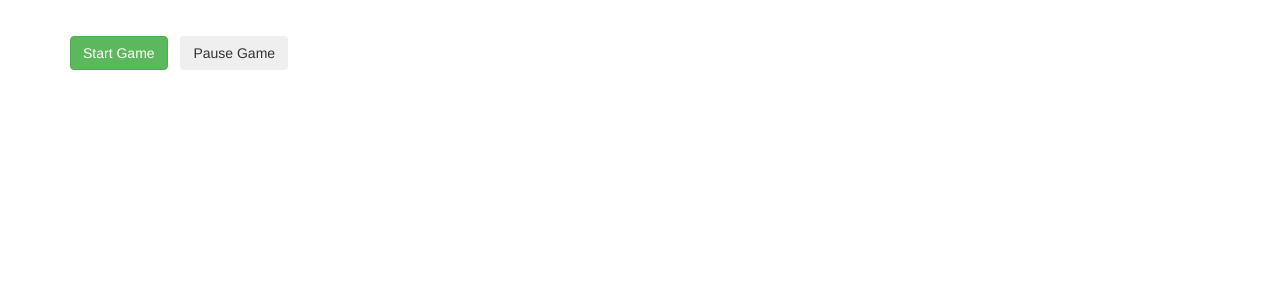
Repository: Shtaiwee1/Angular-JS
Page: / (app in EventBindingandEncapsulation/EventBindingViewEncapsulation_2/practice/)
An editor plug-in stored every save of this project. The page is shown before and after the next save, followed by the edit.
The browser window is 1280 px wide. The pictures show the whole page.
The project was rebuilt for these pictures with package versions that can differ from the ones it lists, and the page was loaded fresh each time. Also part of the build but not shown: EventBindingandEncapsulation/EventBindingViewEncapsulation_2/practice/angular.json, EventBindingandEncapsulation/EventBindingViewEncapsulation_2/practice/src/app/odd/odd.component.ts, EventBindingandEncapsulation/EventBindingViewEncapsulation_2/practice/src/app/even/even.component.ts.

Above is the page before, as saved 2022-07-07 16:05:33.

After the next save:
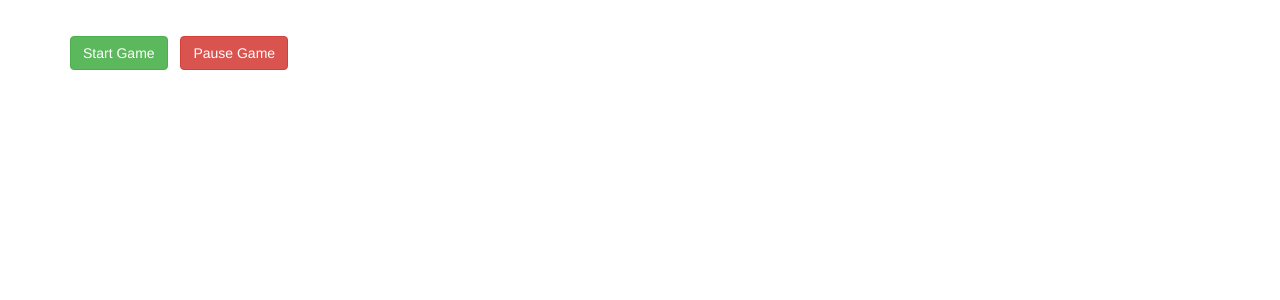
Saved 18 s later.
--- a/EventBindingandEncapsulation/EventBindingViewEncapsulation_2/practice/src/app/game-control/game-control.component.html
+++ b/EventBindingandEncapsulation/EventBindingViewEncapsulation_2/practice/src/app/game-control/game-control.component.html
@@ -1,2 +1,2 @@
 <button class="btn btn-success">Start Game</button>
-<button class="btn btn-Danger">Pause Game</button>
+<button class="btn btn-danger">Pause Game</button>
